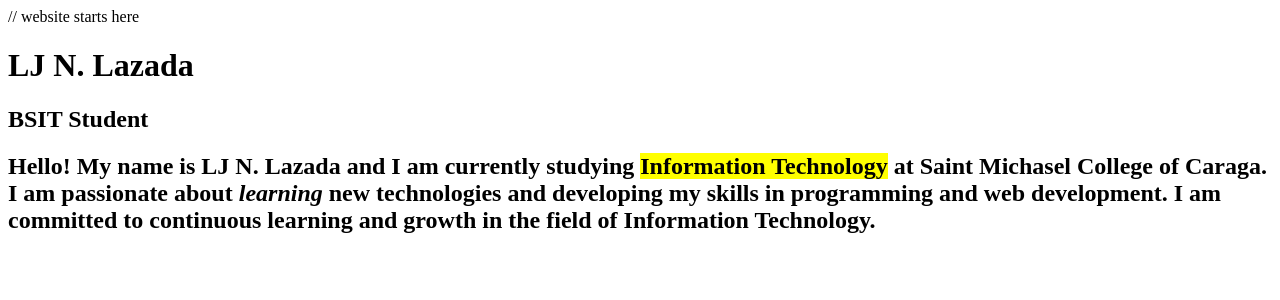
Repository: ljlazada11/myfirsthtml
Page: index.html
The author's editor kept a copy of each file at every save. The page is drawn from the files as they stood at one save, then again after the next save.
The browser window is 1280 px wide. The pictures show the whole page.

Above is the page before, as saved 2026-06-24 18:43:39.

### index.html
<!DOCTYPE html>
<html lang="en">
<head>
    <meta charset="UTF-8">
    <meta name="viewport" content="width=device-width, initial-scale=1.0">
    <title>My Personal Web Profile</title>
    <link rel="icon" type="image/x-icon" href="images.png">
    // website starts here

</head>
<body>
    <h1>LJ N. Lazada</h1>
    <h2>BSIT Student</h2>
    <h2>Hello! My name is <strong>LJ N. Lazada</strong> and I am currently studying <mark>Information Technology</mark> at Saint Michasel College of Caraga. I am passionate about <i>learning</i> new technologies and developing my skills in programming and web development. I am committed to continuous learning and growth in the field of Information Technology.</h2>


</body>
</html>

After the next save:
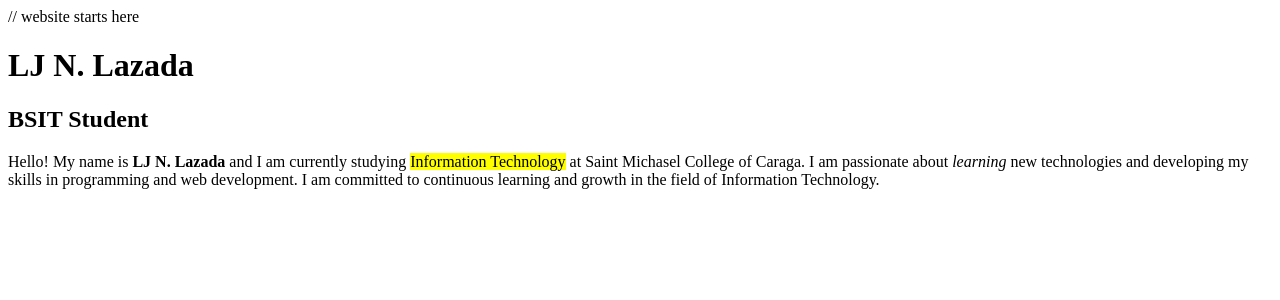
Saved 10 min 22 s later.
--- a/index.html
+++ b/index.html
@@ -11,8 +11,6 @@
 <body>
     <h1>LJ N. Lazada</h1>
     <h2>BSIT Student</h2>
-    <h2>Hello! My name is <strong>LJ N. Lazada</strong> and I am currently studying <mark>Information Technology</mark> at Saint Michasel College of Caraga. I am passionate about <i>learning</i> new technologies and developing my skills in programming and web development. I am committed to continuous learning and growth in the field of Information Technology.</h2>
-
-
+    <p>Hello! My name is <strong>LJ N. Lazada</strong> and I am currently studying <mark>Information Technology</mark> at Saint Michasel College of Caraga. I am passionate about <i>learning</i> new technologies and developing my skills in programming and web development. I am committed to continuous learning and growth in the field of Information Technology.</p>
 </body>
 </html>
